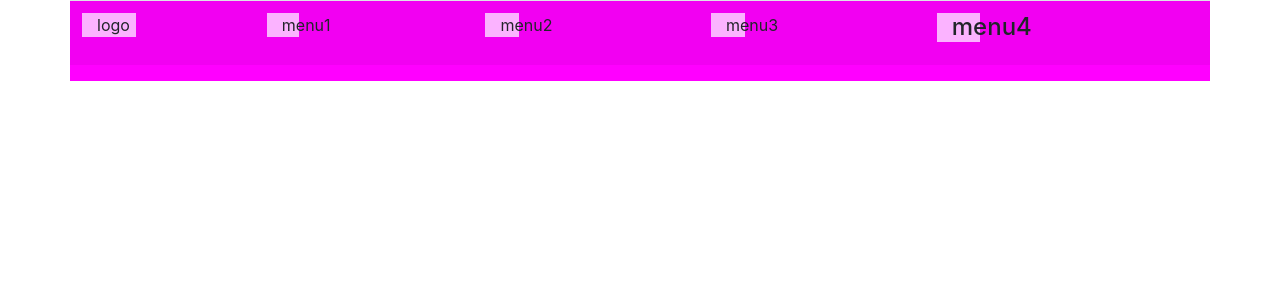
Repository: HayatoTakaha/bookers2-debug
Page: bootstrap_practice/index.html
The author's editor kept a record of every edit. The page is drawn from the files as they stood at one moment, then again after the next edit.
The browser window is 1280 px wide. The pictures show the whole page.

Above is the page before.

### bootstrap_practice/index.html
<!DOCTYPE html>
<html lang="ja">
  <head>
    <meta charset="utf8" />
    <title>23章演習</title>
    <link rel="stylesheet" href="https://cdn.jsdelivr.net/npm/bootstrap@4.6.2/dist/css/bootstrap.min.css"
    integrity="sha384-xOolHFLEh07PJGoPkLv1IbcEPTNtaed2xpHsD9ESMhqIYd0nLMwNLD69Npy4HI+N" crossorigin="anonymous">
    <link rel="stylesheet" href="style.css" />
  </head>

  <body>

   <div class="container">
       <div class="row" style="background-color: #ff00ff;" >
        <table class="table table-striped">
        <td>
         <div class="col-lg-4" style="background-color: #fbb3ff ;">
         <p>logo</p>
         </div>
        </td>
        <td>
        <div class="col-lg-2" style="background-color: #fbb3ff ;">
          <p>menu1</p>
        </div>
        </td>
        <td>
        <div class="col-lg-2" style="background-color: #fbb3ff ;">
          <p>menu2</p>
        </div>
        </td>
        <td>
        <div class="col-lg-2" style="background-color: #fbb3ff ;">
          <p>menu3</p>
        </div>
        </td>
        <td>
        <div class="col-lg-2" style="background-color: #fbb3ff ;">
          <h4>menu4</h4>
        </div>
        </td>
      </table>
     </div>
     </div>
  </body>

</html>

### bootstrap_practice/style.css
* {
  margin: 0;
  padding: 0;
  box-sizing: border-box;
}

.selector-for-some-widget {
  box-sizing: content-box;
}

After the next edit:
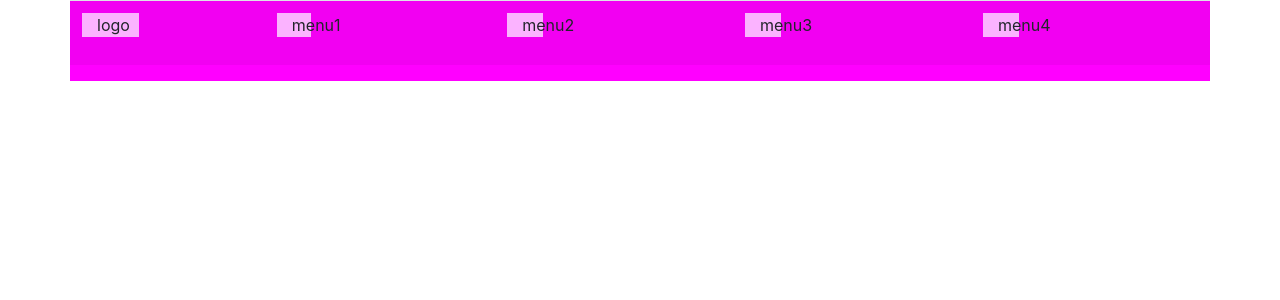
The edit:
--- a/bootstrap_practice/index.html
+++ b/bootstrap_practice/index.html
@@ -35,7 +35,7 @@
         </td>
         <td>
         <div class="col-lg-2" style="background-color: #fbb3ff ;">
-          <h4>menu4</h4>
+          <p>menu4</p>
         </div>
         </td>
       </table>
